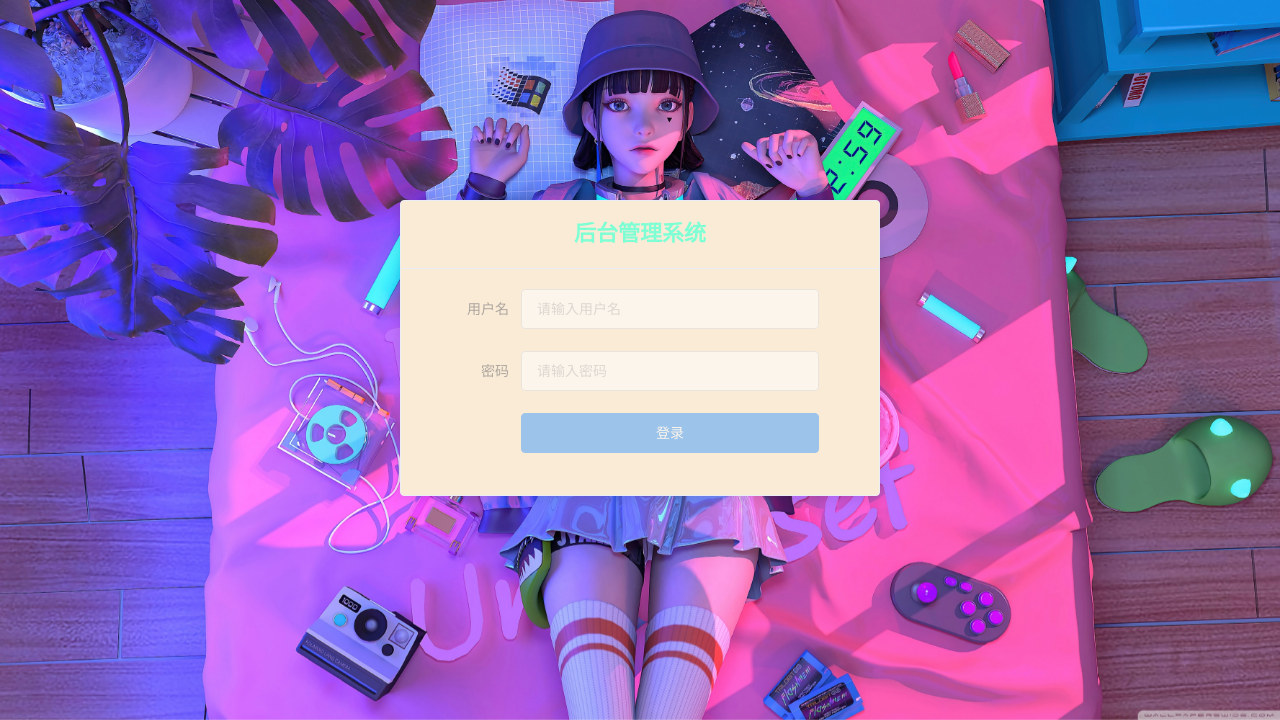
Repository: wuder-jie/Manager-System
Page: /
The author's editor kept a copy of each file at every save. The page is drawn from the files as they stood at one save, then again after the next save.
The browser window is 1280 px wide. The pictures show the whole page.
The project was rebuilt for these pictures with package versions that can differ from the ones it lists, and the page was loaded fresh each time. Also part of the build but not shown: vue.config.js.

Above is the page before, as saved 2022-11-27 15:41:10.

### src/main.js
import Vue from "vue";
import App from "./App.vue";
import ElementUI from "element-ui";
import "element-ui/lib/theme-chalk/index.css";
// 引入reset样式重置文件。
import "@/assets/css/reset.css";
// 引入图标样式
import "font-awesome/css/font-awesome.min.css";
// 引入axios
import service from "@/api/service.js";
// 引入路由器
import router from "@/router";
// 把axios挂载到原型，所有的vc都可访问。
Vue.prototype.service = service;
Vue.config.productionTip = false;
Vue.use(ElementUI);

new Vue({ router, render: (h) => h(App) }).$mount("#app");

### src/App.vue
<template>
  <div id="app">
    <router-view></router-view>
  </div>
</template>

<script>
export default {
  name: "app",
  data() {
    return {};
  },
  components: {},
  methods: {},
};
</script>
<style lang="scss">
.suc {
  background-color: red;
}
</style>

### src/assets/css/reset.css
body {
  font-family:arial,helvetica,sans-serif;
  font-size:13px;
  font-size-adjust:none;
  font-stretch:normal;
  font-style:normal;
  font-variant:normal;
  font-weight:normal;
  line-height:1.4;
  text-align:center;
  }
  *{
    margin: 0;
    padding: 0;
    box-sizing: border-box;
  }
  html,body,#app{
    width: 100%;
    height: 100%;
  }
  body, ul, ol, dl, dd, h1, h2, h3, h4, h5, h6, p, form, fieldset, legend, input, textarea, select, button, th, td {
  margin:0;
  padding:0;
  }
  h1, h2, h3, h4, h5, h6 {
  font-size:100%;
  font-weight:normal;
  }
  table {
  font-size:inherit;
  }
  input, select {
  font-family:arial,helvetica,clean,sans-serif;
  font-size:100%;
  font-size-adjust:none;
  font-stretch:normal;
  font-style:normal;
  font-variant:normal;
  font-weight:normal;
  line-height:normal;
  }
  button {
  overflow:visible;
  }
  th, em, strong, b, address, cite {
  font-style:normal;
  font-weight:normal;
  }
  li {
  list-style-image:none;
  list-style-position:outside;
  list-style-type:none;
  }
  img, fieldset {
  border:0 none;
  }
  ins {
  text-decoration:none;
  }

### src/api/service.js
import axios from "axios";
import { getToken } from "@/utils/localStorage.js";
const service = axios.create({
  baseURL: "/api2",
  timeout: 3000,
});
// 添加请求拦截器
service.interceptors.request.use(
  function (config) {
    // 在发送请求之前做些什么
    // 配置token到headers中。
    if (getToken("TOKEN")) {
      config.headers["TOKEN"] = getToken("TOKEN");
    }

    return config;
  },
  function (error) {
    // 对请求错误做些什么
    return Promise.reject(error);
  }
);

// 添加响应拦截器
service.interceptors.response.use(
  function (response) {
    // 对响应数据做点什么
    return response;
  },
  function (error) {
    // 对响应错误做点什么
    return Promise.reject(error);
  }
);
export default service;

### src/router/index.js
import Vue from "vue";
import Router from "vue-router";
Vue.use(Router);
const routes = [
  {
    path: "/",
    redirect: "/login",
  },
  {
    name: "login",
    path: "/login",
    // 路由懒加载
    component: () => import("@/pages/login"),
  },
  {
    name: "NotFound",
    path: "*",
    // 路由懒加载
    component: () => import("@/components/NotFound.vue"),
  },
  {
    name: "home",
    path: "/home",
    // 路由懒加载
    component: () => import("@/pages/home"),
    // 异步组件
    // component: (resolve) => require(["@/pages/home"], resolve),
  },
];

const router = new Router({
  mode: "history",
  routes,
});
export default router;

### src/utils/localStorage.js
export function setToken(key, value) {
  localStorage.setItem(key, value);
}
export function getToken(key) {
  return localStorage.getItem(key);
}
export function removeToken(key) {
  localStorage.removeItem(key);
}

### src/pages/login/index.vue
<template>
  <div id="login">
    <el-card class="box-card">
      <div slot="header" class="clearfix">
        <span>后台管理系统</span>
      </div>
      <el-form
        :model="ruleForm"
        status-icon
        ref="ruleForm"
        label-width="100px"
        class="demo-ruleForm"
      >
        <el-form-item label="用户名" prop="userName">
          <el-input
            type="userName"
            placeholder="请输入用户名"
            v-model.trim="ruleForm.userName"
            @blur="validateUserName"
            autocomplete="off"
          ></el-input>
        </el-form-item>
        <el-form-item label="密码" prop="password">
          <el-input
            type="password"
            placeholder="请输入密码"
            @blur="validatePassWord"
            v-model.trim="ruleForm.password"
            autocomplete="off"
          ></el-input>
        </el-form-item>
        <el-form-item>
          <el-button
            type="primary"
            @click.prevent="submitForm('ruleForm')"
            class="btn-login"
            >登录</el-button
          >
        </el-form-item>
      </el-form>
    </el-card>
  </div>
</template>

<script>
import { login } from "@/api/index.js";
import { setToken } from "@/utils/localStorage.js";
export default {
  name: "LoginItem",
  data() {
    return {
      ruleForm: {
        userName: "",
        password: "",
      },
      // 验证表单
    };
  },
  methods: {
    async submitForm(formName) {
      this.$refs[formName].validate(async (valid) => {
        if (valid) {
          // 发送请求登录请求。
          const data = {
            username: this.ruleForm.userName,
            password: this.ruleForm.password,
          };
          const { data: result } = await login(data);
          if (result.status === 200) {
            setToken("TOKEN", JSON.stringify(result.token));
            setToken("USERNAME", JSON.stringify(result.username));
            this.$message({
              message: "登录成功",
              type: "success",
            });
            this.$router.push("/home");
          }
        } else {
          console.log("error submit!!");
          return false;
        }
      });
    },
    // 验证用户名
    validateUserName() {
      let val1 = /^(?:(?:\+|00)86)?1[3-9]\d{9}$/;
      if (this.ruleForm.userName === "") {
        this.$message({
          message: "用户名不能为空",
          type: "warning",
        });
      } else if (!val1.test(this.ruleForm.userName)) {
        this.$message({
          message: "你输入的手机号不符合规定，请重新输入",
          type: "warning",
        });
      }
    },
    // 验证密码
    validatePassWord() {
      // 大写字母、小写字母、数字、字符任选三项。
      let val2 =
        /^(?![a-zA-Z]+$)(?![A-Z0-9]+$)(?![A-Z\W_!@#$%^&*`~()-+=]+$)(?![a-z0-9]+$)(?![a-z\W_!@#$%^&*`~()-+=]+$)(?![0-9\W_!@#$%^&*`~()-+=]+$)[a-zA-Z0-9\W_!@#$%^&*`~()-+=]/;
      if (this.ruleForm.password === "") {
        this.$message({
          message: "密码不能为空",
          type: "warning",
        });
      } else if (!val2.test(this.ruleForm.password)) {
        this.$message({
          message:
            "密码不符合规定，必须在大写字母、小写字母、数字、字符中任选三项",
          type: "warning",
        });
      }
    },
  },
};
</script>
<style lang="scss">
#login {
  position: absolute;
  width: 100%;
  height: 100%;
  background-color: antiquewhite;
  margin: 0px;
  background: url(@/assets/images/cute_anime_girl_2-wallpaper-3554x1999.jpg)
    no-repeat;
  background-size: 100% 100%;
  background-attachment: fixed;
  .el-form {
    margin-right: 40px;
    filter: alpha(Opacity=80);
    -moz-opacity: 0.5;
    opacity: 0.5;

  }
  .box-card {
    background-color: antiquewhite;
  }
  .btn-login {
    width: 100%;
  }
  .text {
    font-size: 14px;
  }
  .clearfix span {
    font-size: 22px;
    font-weight: 600;
    color: aquamarine;
  }

  .clearfix:before,
  .clearfix:after {
    display: table;
    content: "";
  }
  .clearfix:after {
    clear: both;
  }

  .box-card {
    width: 480px;
    margin: 200px auto;
  }
}
</style>

### src/api/index.js
import service from "./service.js";

// 登录请求。/login    post   username,password
export const login = function (data = {}) {
  return service({url:'/login',method:'post',data})
};

Loaded but not shown: public/index.html (common file)

After the next save:
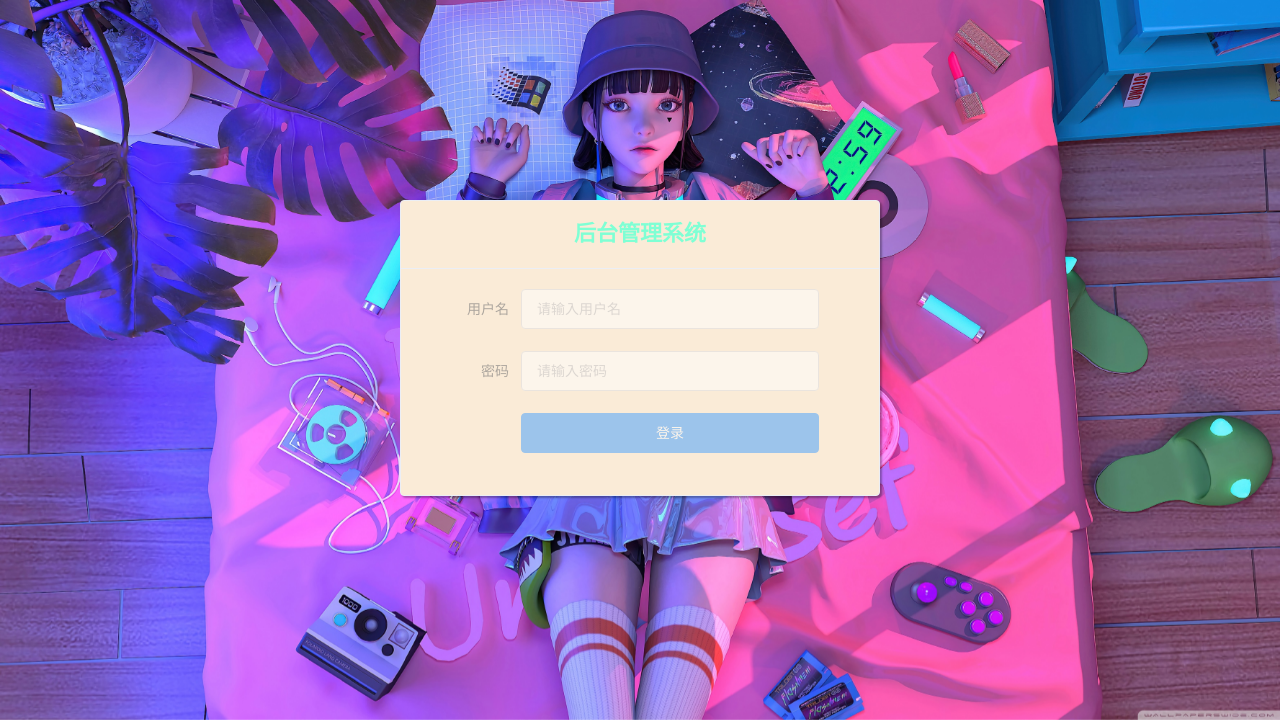
Saved 7 s later.
--- a/src/pages/login/index.vue
+++ b/src/pages/login/index.vue
@@ -137,6 +137,7 @@ export default {
   }
   .box-card {
     background-color: antiquewhite;
+    box-shadow: 2px 2px 2px rgba(0, 0, 0, 0.3);
   }
   .btn-login {
     width: 100%;
